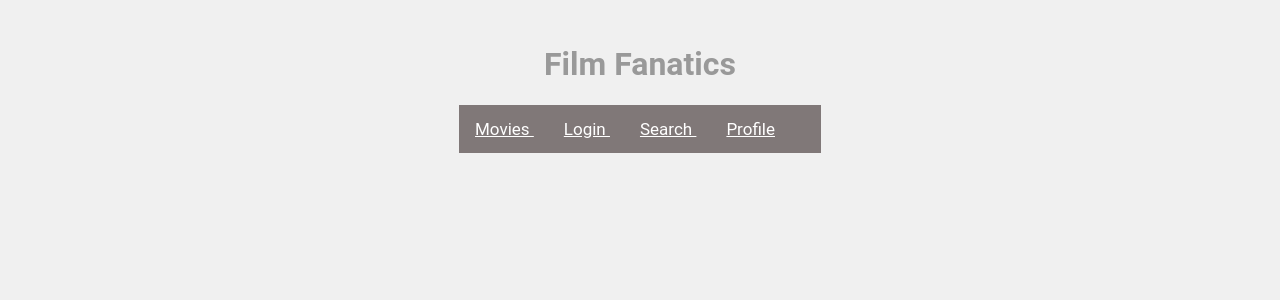
Repository: peterclermy232/To-do-List-
Page: / (app in film_fanatics/)
These files come from the project's save history. The page is drawn as it stood at one moment and after a run of saves; the edit follows.
The browser window is 1280 px wide. The pictures show the whole page.
The page's requests for data from a server got no answer. The project was rebuilt for these pictures with package versions that can differ from the ones it lists, and the page was loaded fresh each time. No one was signed in, and anything a server would have sent is missing. Also part of the build but not shown: film_fanatics/src/components/Login.js, film_fanatics/src/components/Movie.js, film_fanatics/src/components/Search.js, film_fanatics/src/components/MoviePage.js, film_fanatics/src/components/Profile.js, film_fanatics/src/components/EditMovie.js, film_fanatics/src/components/Update.js.

Above is the page before, as saved 2022-09-15 22:57:59.

After the next 21 saves:
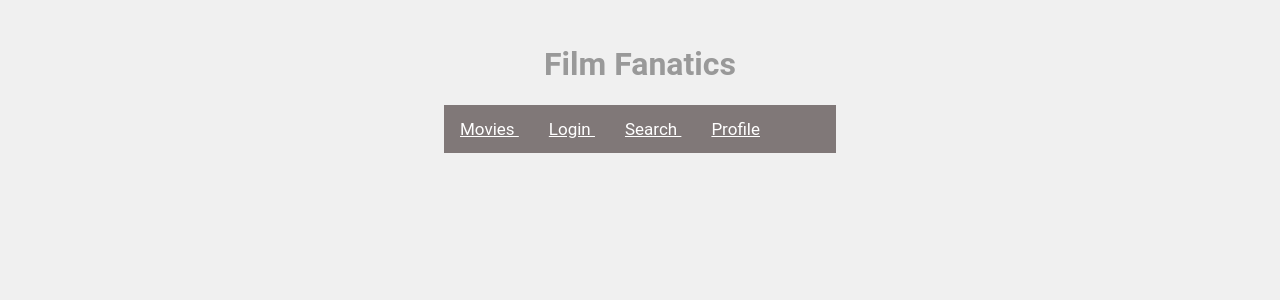
The 21 saves are shown as one change because 4 did not build or start and some came seconds apart.
The last was saved 80 s later.
--- a/film_fanatics/src/components/NavBar.js
+++ b/film_fanatics/src/components/NavBar.js
@@ -10,6 +10,7 @@ function NavBar() {
       <NavLink className = "navlink" to="/login">Login  </NavLink>
       <NavLink className = "navlink" to="/search">Search  </NavLink>
       <NavLink className = "navlink" to="/profile">Profile  </NavLink>
+      <NavLink className="navlink"  to="/editmovie"></NavLink>
     </nav>
   </div>)
 }
